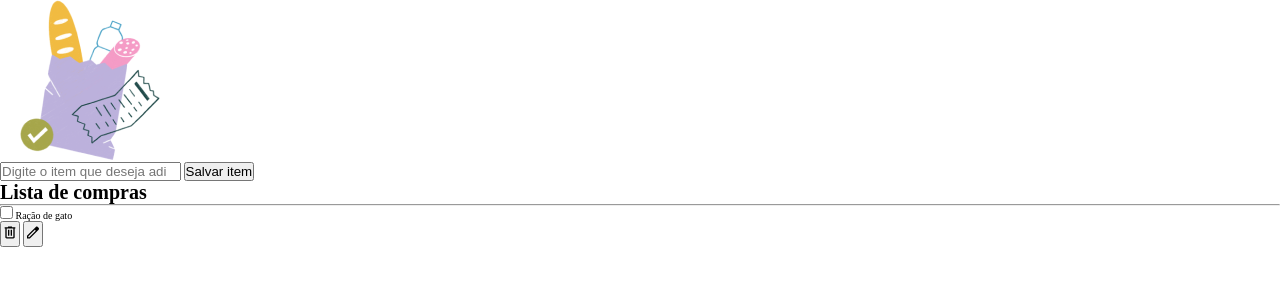
Repository: joaoPraiaJunior/compras_js
Page: index.html
These files come from the project's save history. The page is drawn as it stood at one moment and after the next save; the edit follows.
The browser window is 1280 px wide. The pictures show the whole page.
Some web fonts or font styles are not loaded; a fallback is used.

Above is the page before, as saved 2024-08-22 16:07:01.

After the next save:
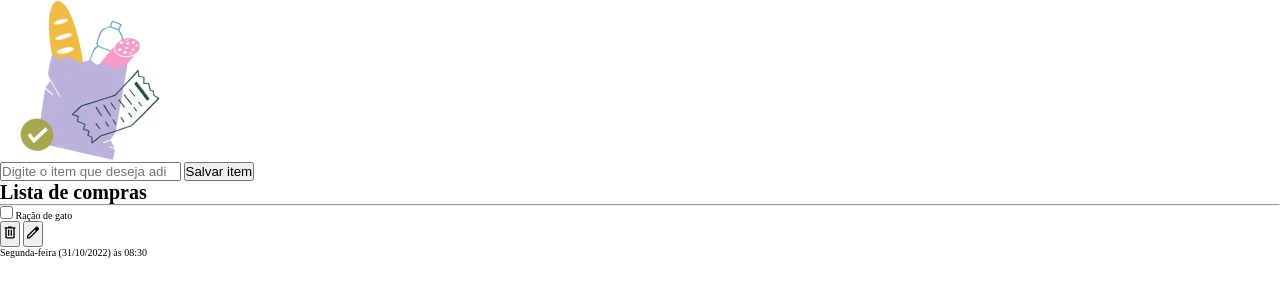
Saved 76 s later.
--- a/index.html
+++ b/index.html
@@ -36,6 +36,7 @@
                         <button><img src="./img/edit.svg" alt="Editar"></button>
                     </div>
                 </div>
+                <time>Segunda-feira (31/10/2022) às 08:30</time>
             </li>
         </ul>
     </main>
